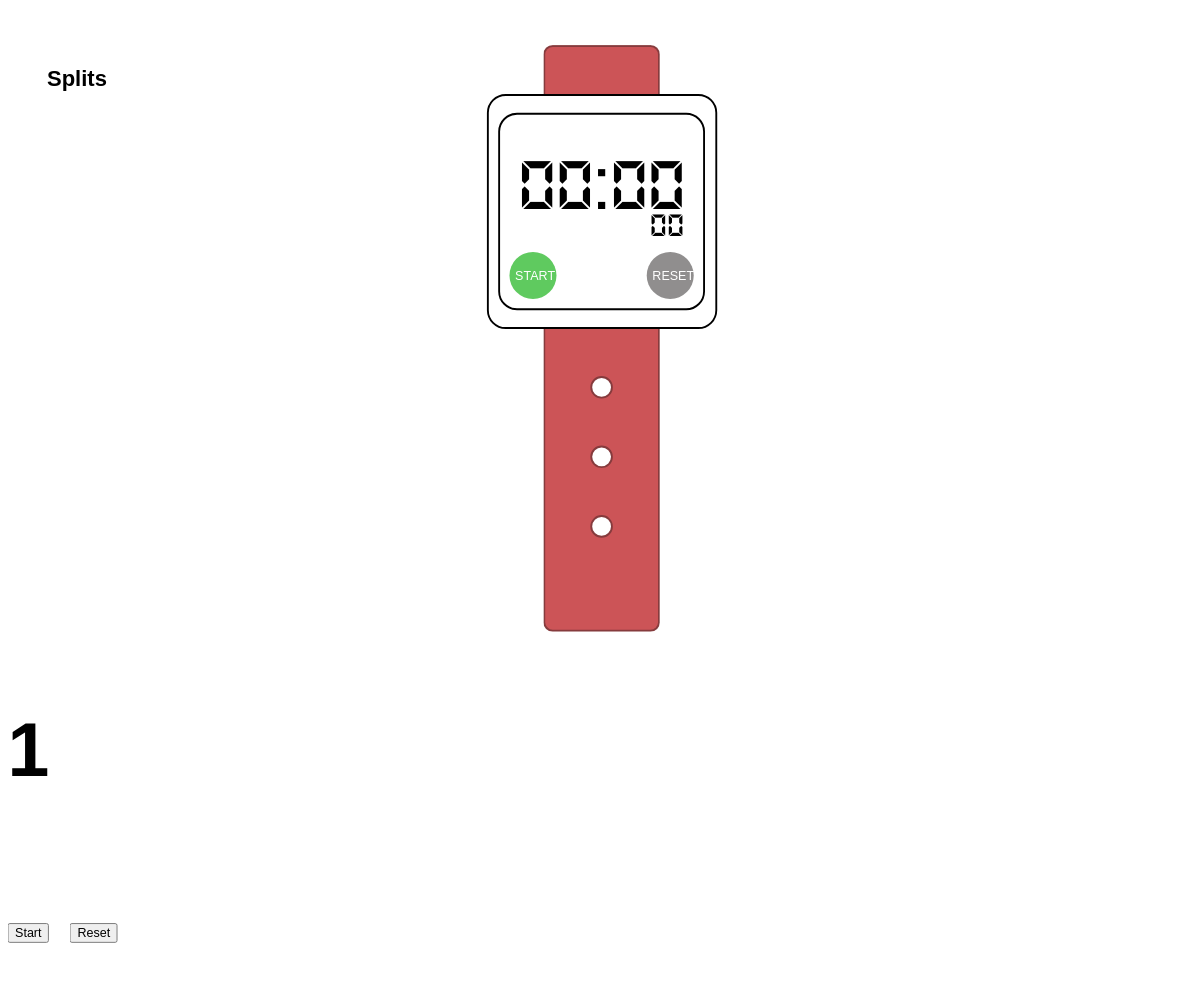
Repository: konstantin0s/lab-chronometer
Page: index.html
The author's editor kept a copy of each file at every save. The page is drawn from the files as they stood at one save, then again after the next save.
The browser window is 1280 px wide. The pictures show the whole page, at 94% of full size.
After loading, the first visible `#btnLeft` was clicked once.

Above is the page before, as saved 2019-02-04 19:25:34.

After the next save:
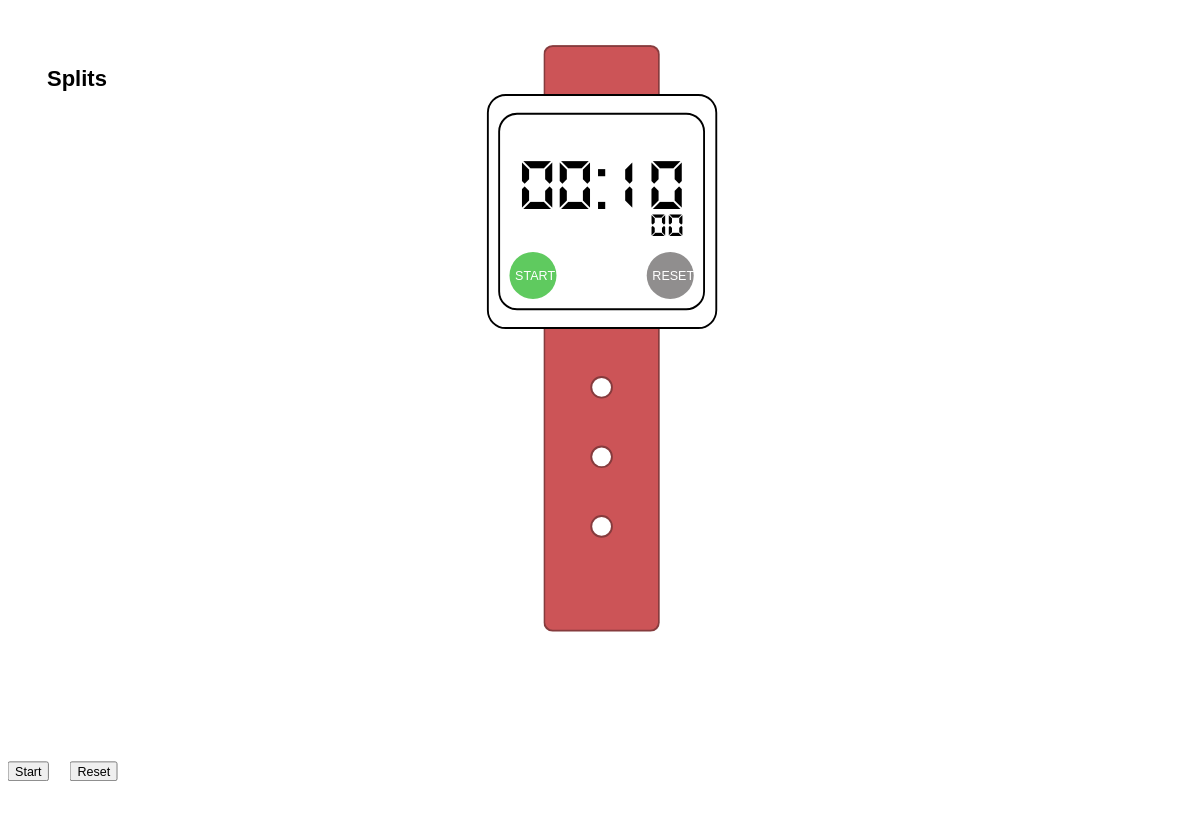
Saved 6 s later.
--- a/javascript/main.js
+++ b/javascript/main.js
@@ -16,7 +16,7 @@ btnLeft.addEventListener("click", function(event) {
   if (intervalId == -1) { //start if pause
     intervalId = setInterval(function() {
       currentTime++;
-      output.innerHTML = currentTime;
+      secDec.innerHTML = currentTime;
     }, 1000);
   } else { //pause if started
       clearInterval(intervalId);
